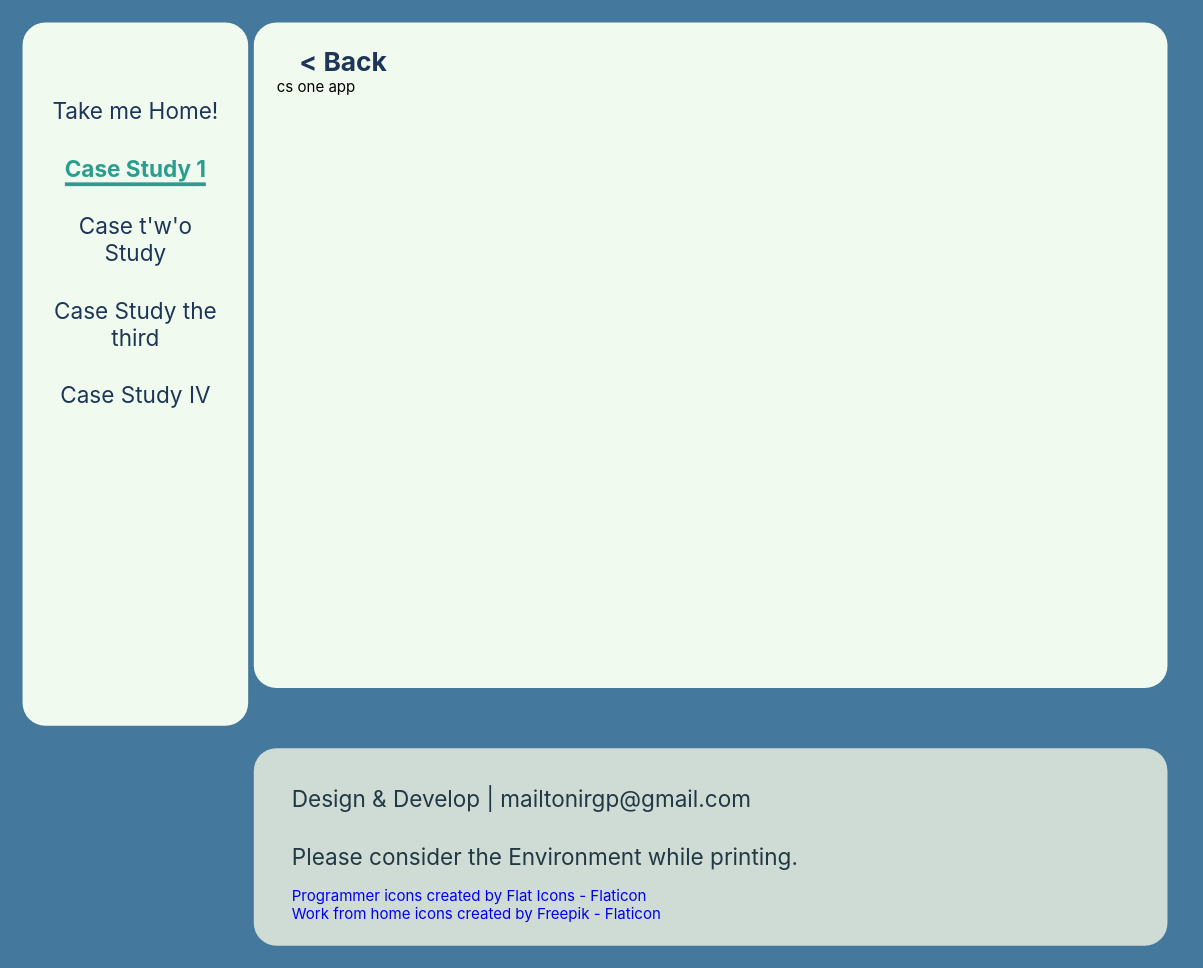
Repository: niranjangp/portfolioReact
Page: /cs-one
The author's editor kept a copy of each file at every save. The page is drawn from the files as they stood at one save, then again after the next save.
The browser window is 1280 px wide. The pictures show the whole page, at 94% of full size.
The project was rebuilt for these pictures with package versions that can differ from the ones it lists, and the page was loaded fresh each time. Also part of the build but not shown: src/pages/enterDesign.jsx, src/pages/notFound.jsx.

Above is the page before, as saved 2022-02-01 01:45:15.

### public/index.html
<!DOCTYPE html>
<html lang="en">
  <head>
    <meta charset="utf-8" />
    <!--<link rel="icon" href="%PUBLIC_URL%/favicon.ico" />-->
    <meta name="viewport" content="width=device-width, initial-scale=1" />
    <meta name="theme-color" content="#000000" />
    <meta
      name="description"
      content="Web site created using create-react-app"
    />
    <!--<link rel="apple-touch-icon" href="%PUBLIC_URL%/logo192.png" />-->
    <!--
      manifest.json provides metadata used when your web app is installed on a
      user's mobile device or desktop. See https://developers.google.com/web/fundamentals/web-app-manifest/
    -->
    <link rel="manifest" href="%PUBLIC_URL%/manifest.json" />
    <!--
      Notice the use of %PUBLIC_URL% in the tags above.
      It will be replaced with the URL of the `public` folder during the build.
      Only files inside the `public` folder can be referenced from the HTML.

      Unlike "/favicon.ico" or "favicon.ico", "%PUBLIC_URL%/favicon.ico" will
      work correctly both with client-side routing and a non-root public URL.
      Learn how to configure a non-root public URL by running `npm run build`.
    -->
    <title>Portfolio</title>
  </head>
  <body>
    <noscript>You need to enable JavaScript to run this app.</noscript>
    <div id="root"></div>
    <!--
      This HTML file is a template.
      If you open it directly in the browser, you will see an empty page.

      You can add webfonts, meta tags, or analytics to this file.
      The build step will place the bundled scripts into the <body> tag.

      To begin the development, run `npm start` or `yarn start`.
      To create a production bundle, use `npm run build` or `yarn build`.
    -->
  </body>
</html>

### src/index.css
body {
  margin: 0;
  font-family: -apple-system, BlinkMacSystemFont, 'Segoe UI', 'Roboto', 'Oxygen',
    'Ubuntu', 'Cantarell', 'Fira Sans', 'Droid Sans', 'Helvetica Neue',
    sans-serif;
  -webkit-font-smoothing: antialiased;
  -moz-osx-font-smoothing: grayscale;
  box-sizing: border-box;
}

code {
  font-family: source-code-pro, Menlo, Monaco, Consolas, 'Courier New',
    monospace;
}

p {
  margin: 0;
}

### src/App.js
import './App.css';

import { Route, NavLink, Switch, Redirect } from 'react-router-dom';
import EnterTheDesign from './pages/enterDesign';
import CSOne from './pages/csOne';
import NotFound from './pages/notFound';

function App() {
  const flatIconLink = "https://www.flaticon.com/free-icons/programmer";
  const wfhIconLink = "https://www.flaticon.com/free-icons/work-from-home";


  return (
    <div className='App'>
      <div className="containerOne">
        <nav className='navigation'>
          <div className='navDiv'>
            <NavLink activeClassName="nav-link active" className="nav-link" to="/enter-the-design">Take me Home!</NavLink>
          </div>
          <div className='navDiv'>
            <NavLink activeClassName="nav-link active" className="nav-link" to="/cs-one">Case Study 1</NavLink>
          </div>
          <div className='navDiv'>
            <NavLink activeClassName="nav-link active" className="nav-link" to="/cs-two">Case t'w'o Study</NavLink>
          </div>
          <div className='navDiv'>
            <NavLink activeClassName="nav-link active" className="nav-link" to="/cs-three">Case Study the third</NavLink>
          </div>
          <div className='navDiv'>
            <NavLink activeClassName="nav-link active" className="nav-link" to="/cs-three">Case Study IV</NavLink>
          </div>
        </nav>
        <main className='mainOne'>
          <Switch>
            <Route exact path="/" ><Redirect to="/enter-the-design" /></Route>
            <Route path="/enter-the-design" ><EnterTheDesign /></Route>
            <Route exact path="/cs-one" ><CSOne /></Route>

            <Route path="*"><NotFound /></Route>
          </Switch>
          {/*<div className='firstRow'>
            <div className="width-60">
              <p className='fr-info'>NIRANJAN G P, IS A UI DEVELOPER AT DELOITTE USI</p>
            </div>
            <div className="width-40 img-block">
              <img src={avatarIcon} alt="avatar-icon" className='avtr-img' />
            </div>
          </div>
          <div className='sec-row'>
            <p>Hi, this is Niranjan.</p>
            <p>I Joined Deloitte USI as a campus recruit. Since then I've been part of many innovative and high-intensity projects, coordinating between multiple virtual teams to help complete client deliverables.</p>
            <p>I've been part of the FRONT-END community since 2017 and constantly learning and developing UI and gradually having a go at UX design parallely.</p>
            <p>Currently based in Bengaluru, I have a big love for travel and adventure, also keeping in mind to do my bit to conserve the environment.</p>
            <p>Thanks for stopping by.</p>
          </div>*/}

        </main>
        <footer>
          <div className='footer-info'>
            {/*<p>Niranjan G P</p>*/}
            <p>Design & Develop    |   mailtonirgp@gmail.com</p>
            <p>Please consider the Environment while printing.</p>
          </div>
          <div className='credits'>
            <a href={flatIconLink} title="programmer icons">Programmer icons created by Flat Icons - Flaticon</a>
            <a href={wfhIconLink} title="work from home icons">Work from home icons created by Freepik - Flaticon</a>
          </div>
        </footer>
      </div>

    </div>
  );
}

export default App;

### src/App.css
.containerOne {
  background-color: #45789d;
  padding: 24px;
  position: relative;
}

.mainOne {
  width: 75%;
  margin-left: 20%;
  background-color: #F1FAEE;
  height: 100%;
  border-radius: 1.5rem;
  padding:24px;
}

.navigation {
  position: absolute;
  top: 24px;
  left: 24px;
  width: 15%;
  height: 660px;
  background-color: #F1FAEE;
  border-radius: 1.5rem;
  padding: 64px 24px 24px;
}

.navDiv {
  padding: 16px 0;
  text-align: center;
}

.nav-link {
  font-size: 24px;
  text-decoration: none;
  color: #1d3557;
}

.nav-link.active {
  color: #2a9d8f;
  font-weight: bold;
  border-bottom: 4px solid #2a9d8f;
}

.fr-info {
  font-size: 3rem;
  font-family:'Gill Sans', 'Gill Sans MT', Calibri, 'Trebuchet MS', sans-serif;
  padding: 24px 24px 24px 48px;
  color: #1d3557;
}

.firstRow {
  display: flex;
  align-items: center;
  padding: 64px 0;
}

.width-60 {
  width: 60%;
}

.width-40 {
  width: 40%;
}

.fullWidth {
  width: 100%;
}

.img-block {
  text-align: center;
}

.sec-row {
  background-color: #1d3557;
  color: #f1faee;
  border-radius: 0.75rem;
  padding: 64px;
  font-family: 'Lucida Sans', 'Lucida Sans Regular', 'Lucida Grande', 'Lucida Sans Unicode', Geneva, Verdana, sans-serif;
  font-size: 28px;
  text-align: justify;
}

.sec-row p {
  padding: 16px;
}

.centered {
  margin: 3rem auto;
  text-align: center;
  display: flex;
  justify-content: center;
  align-items: center;
}

.linkSel {
  text-decoration: underline;
  font-weight: bold;
}

.third-row {
  display: flex;
  flex-wrap: wrap;
  padding: 96px 24px 0;
}

.card-box {
  width: 50%;
  text-align: center;
  height: 600px;
}

.card {
  width: 400px;
  height: 450px;
  background-color: #ffddd2;
  border-radius: 20px;
  box-shadow: 4px 4px 4px 4px rgba(0, 0, 0, 0.2);
  margin: 3rem auto;
  flex-grow: 1;
  flex-shrink: 1;
  transition: width 500ms ease 0s;
}

.card:hover {
  box-shadow: 4px 4px 4px 8px rgba(0, 0, 0, 0.2);
  width: 420px;
  height: 470px;
  cursor: pointer;
}

.card a {
  text-decoration: none;
}

.card p {
  font-size: 32px;
  padding: 24px;
  color: #1d3557;
  font-family: Verdana, Geneva, Tahoma, sans-serif;
}

.card-icon {
  width: 256px;
  margin-top: 40px;
}

.intro-cs {
  text-align: center;
  font-size: 40px;
  color: #1d3557;
  font-family:'Trebuchet MS', 'Lucida Sans Unicode', 'Lucida Grande', 'Lucida Sans', Arial, sans-serif;
}

footer {
  width: 75%;
  margin-left: 20%;
  background-color: #cfdbd5;
  height: 100%;
  border-radius: 1.5rem;
  padding:24px;
  margin-top: 64px;
  color: #223843;
}
.footer-info {
  font-size: 1.5rem;
}

.footer-info p {
  padding: 1rem;
}

.credits {
  padding-left: 16px;
}

.credits a {
  text-decoration: none;
  display: block;
}

.csOne {
  min-height: 660px;
  height: 100%;
}

.backLink {
  font-size: 28px;
  font-weight: bold;
}

.backLink a {
  text-decoration: none;
  color: #1d3557;
  padding: 16px 16px 16px 24px;
}

/*.containerOne {
  background-color: #F1FAEE;
}
.mainOne {
  background-color: #a8dadc;
  width: 75%;
  margin-left: 20%;
  /-*background-color: #45789d;*-/
  height: 660px;
}

.p1 {
  color: #1d3557;
}
.p2 {
  color: #f1faee;
}*/

/*.App-logo {
  height: 40vmin;
  pointer-events: none;
}

@media (prefers-reduced-motion: no-preference) {
  .App-logo {
    animation: App-logo-spin infinite 20s linear;
  }
}

.App-header {
  background-color: #282c34;
  min-height: 100vh;
  display: flex;
  flex-direction: column;
  align-items: center;
  justify-content: center;
  font-size: calc(10px + 2vmin);
  color: white;
}

.App-link {
  color: #61dafb;
}*/

@keyframes App-logo-spin {
  from {
    transform: rotate(0deg);
  }
  to {
    transform: rotate(360deg);
  }
}

### src/pages/csOne.jsx
import React from 'react';
import { Link } from 'react-router-dom';

const csOne = () => {
  return (
    <div className='csOne'>
      <div className="backLink"><Link to="/enter-the-design">{'< Back'}</Link></div>
      <div>cs one app</div>
    </div>
  )
};

export default csOne;

Loaded but not shown: src/index.js (common file); src/reportWebVitals.js (common file)

After the next save:
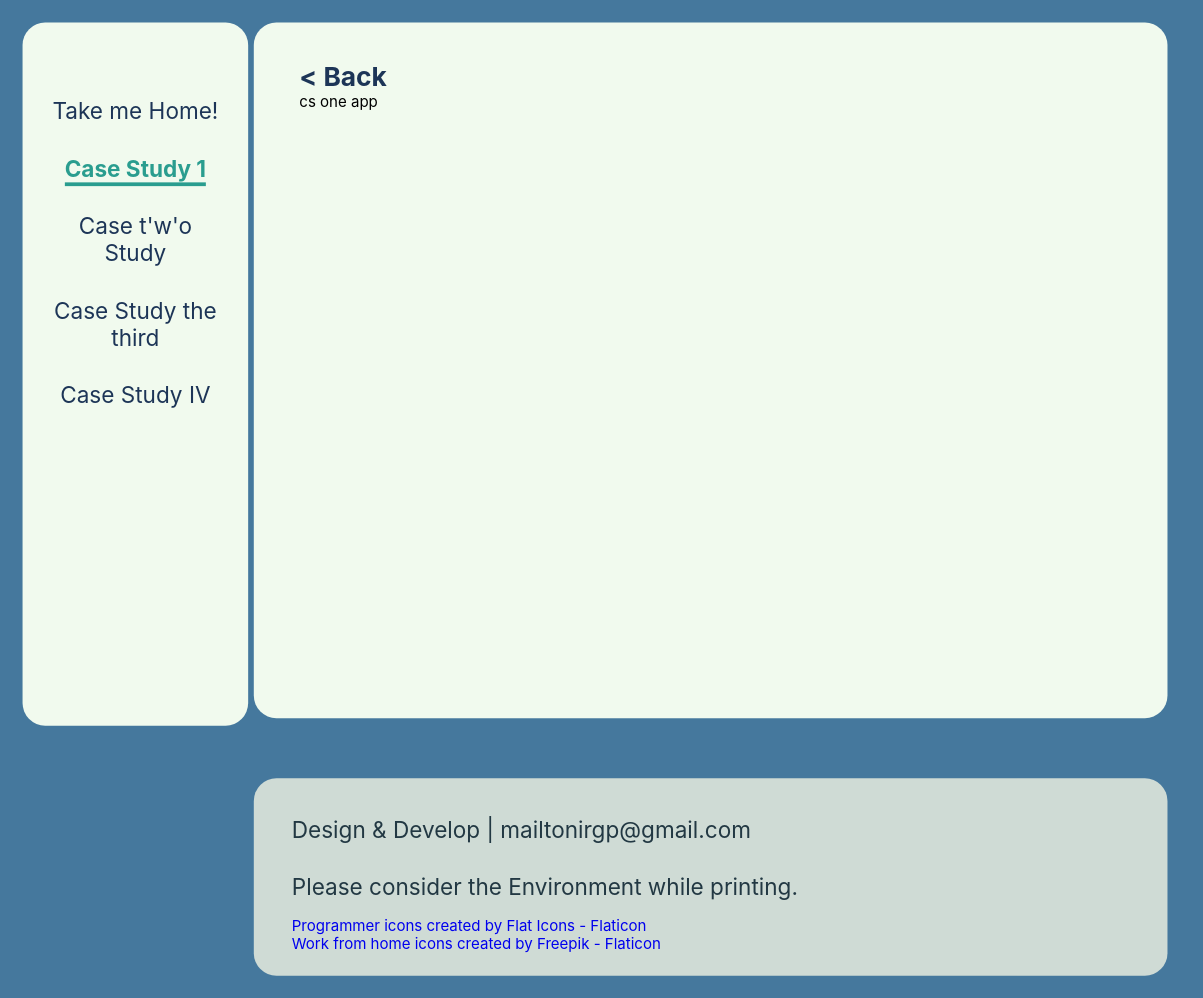
Saved 26 s later.
--- a/src/App.css
+++ b/src/App.css
@@ -181,6 +181,7 @@
 .csOne {
   min-height: 660px;
   height: 100%;
+  padding: 16px 16px 16px 24px;
 }
 
 .backLink {
@@ -191,7 +192,7 @@
 .backLink a {
   text-decoration: none;
   color: #1d3557;
-  padding: 16px 16px 16px 24px;
+
 }
 
 /*.containerOne {

After the save that followed:
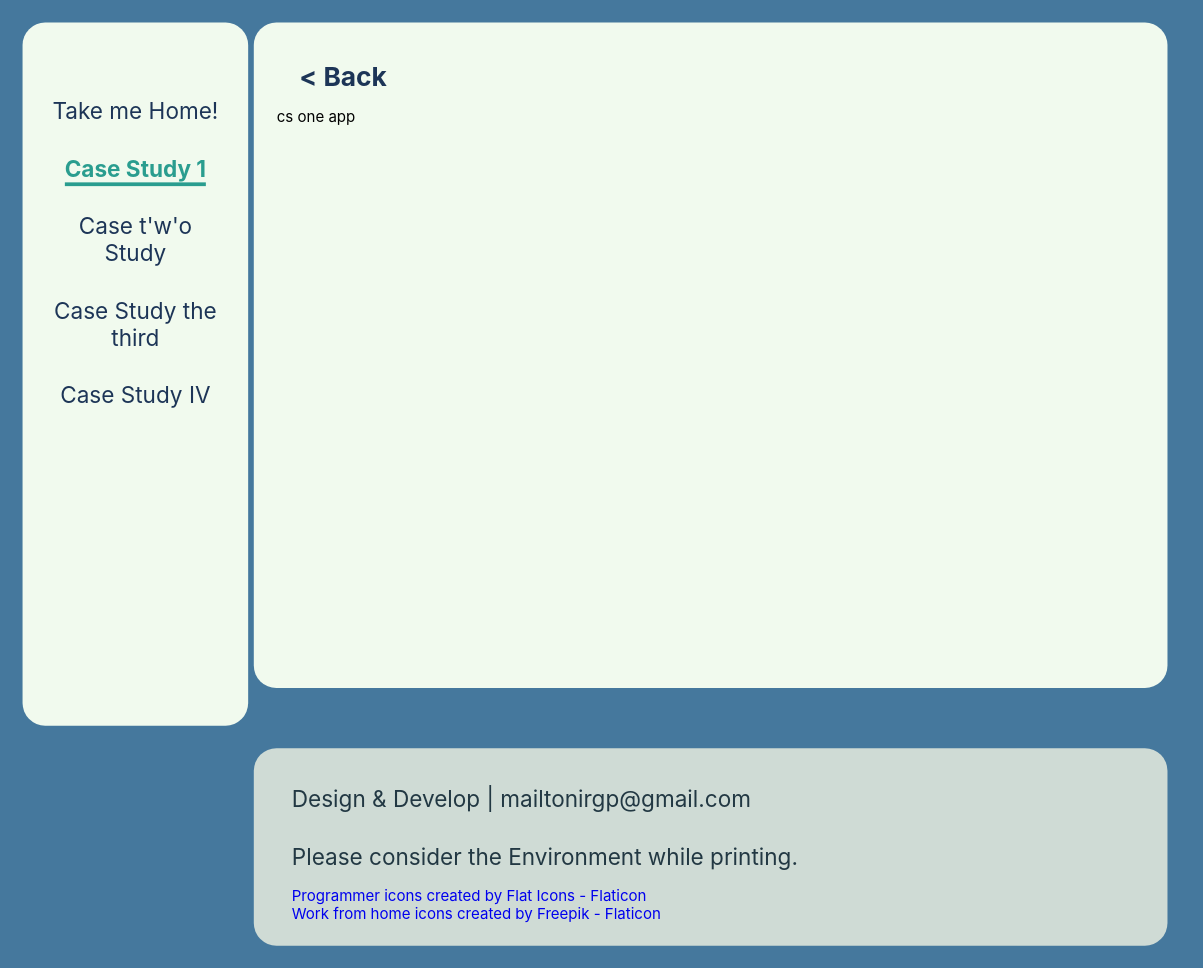
Saved 24 s later.
--- a/src/App.css
+++ b/src/App.css
@@ -181,12 +181,13 @@
 .csOne {
   min-height: 660px;
   height: 100%;
-  padding: 16px 16px 16px 24px;
+
 }
 
 .backLink {
   font-size: 28px;
   font-weight: bold;
+  padding: 16px 16px 16px 24px;
 }
 
 .backLink a {
